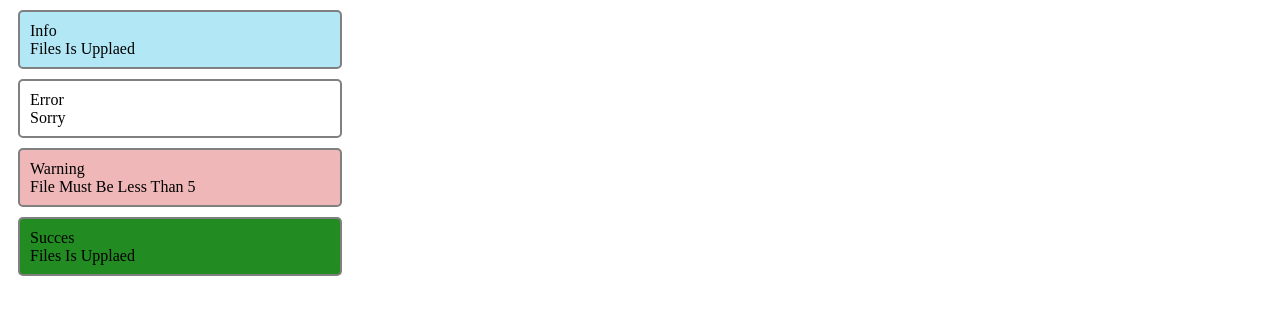
Repository: Fariaddd/javascript-1-module-3
Page: lesson2/6-reusable-html-function/index.html
The author's editor kept a copy of each file at every save. The page is drawn from the files as they stood at one save, then again after the next save.
The browser window is 1280 px wide. The pictures show the whole page.

Above is the page before, as saved 2022-02-08 14:19:29.

### lesson2/6-reusable-html-function/index.html
<!DOCTYPE html>
<html lang="en">
  <head>
    <meta charset="UTF-8" />
    <meta name="viewport" content="width=device-width, initial-scale=1.0" />
    <meta http-equiv="X-UA-Compatible" content="ie=edge" />
    <title></title>
    <script src="./handles/toostermessage.js" defer></script>
    <script src="./index.js" defer></script>
    <style>
      .toaster {
        height: 35px;
        width: 300px;
        display: flex;
        justify-content: flex-start;
        color: black;
        padding: 10px;
        border: 2px solid gray;
        border-radius: 5px;
        flex-direction: column;
        margin: 10px;
        text-transform: capitalize;
      }
      .succes {
        background-color: forestgreen;
      }

      .info {
        background-color: #b2e7f5;
      }

      .warning {
        background-color: #efb7b8;
      }
    </style>
  </head>
  <body>
    <div class="container"></div>
    <div class="message-container"></div>
    <div class="message-info"></div>
    <div class="message-error"></div>
    <div class="message-warning"></div>
    <div class="message-success"></div>
  </body>
</html>

### lesson2/6-reusable-html-function/handles/toostermessage.js
function createToster(type = "", message = "") {
    const html = `<div class="toaster ${type}">
                        <span>${type}</span>
                        <span>${message}</span>
                        </div>`;
    return html;


}

### lesson2/6-reusable-html-function/index.js
const messageSuccessContainer = document.querySelector(".message-success");
const messageInfoContainer = document.querySelector(".message-info");
const messageErrorContainer = document.querySelector(".message-error");
const messageWarningContainer = document.querySelector(".message-warning");


messageSuccessContainer.innerHTML = createToster("succes", "files is upplaed");
messageInfoContainer.innerHTML = createToster("info", "files is upplaed");
messageErrorContainer.innerHTML = createToster("error", "sorry");
messageWarningContainer.innerHTML = createToster("warning", "file must be less than 5");

After the next save:
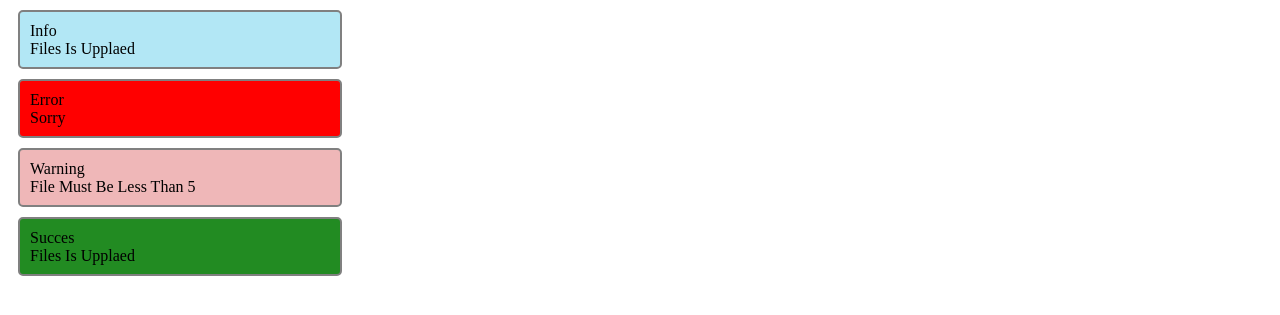
Saved 23 s later.
--- a/lesson2/6-reusable-html-function/index.html
+++ b/lesson2/6-reusable-html-function/index.html
@@ -28,6 +28,9 @@
       .info {
         background-color: #b2e7f5;
       }
+      .error {
+        background-color: red;
+      }
 
       .warning {
         background-color: #efb7b8;
